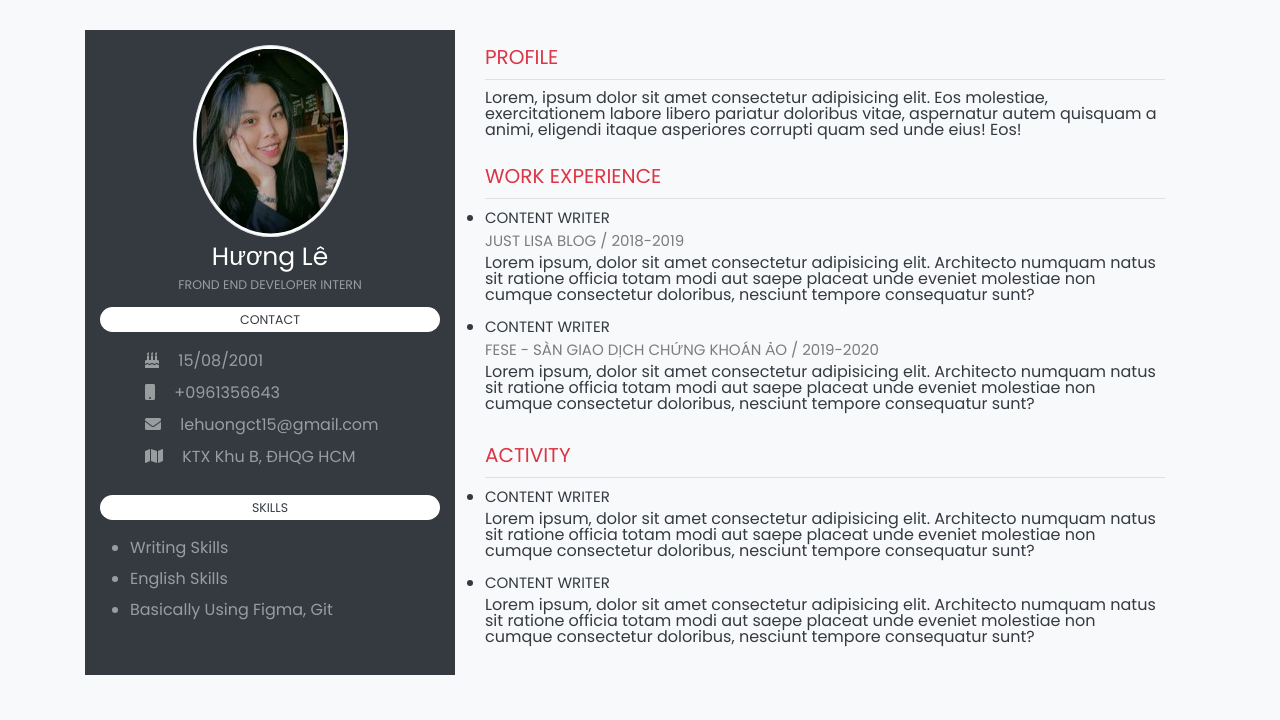
Repository: huongle158/cvhuongle
Page: index.html
An editor plug-in stored every save of this project. The page is shown before and after the next save, followed by the edit.
The browser window is 1280 px wide. The pictures show the whole page.
Some web libraries are served in a nearby version.

Above is the page before, as saved 2021-12-12 23:53:55.

### index.html
<!DOCTYPE html>
<html lang="en">
  <head>
    <title>Resume</title>
    <link
      href="https://fonts.googleapis.com/css2?family=Poppins:wght@400;600&display=swap"
      rel="stylesheet"
    />
    <link rel="stylesheet" href="https://cdnjs.cloudflare.com/ajax/libs/font-awesome/5.10.0/css/all.min.css" integrity="sha512-PgQMlq+nqFLV4ylk1gwUOgm6CtIIXkKwaIHp/PAIWHzig/lKZSEGKEysh0TCVbHJXCLN7WetD8TFecIky75ZfQ==" crossorigin="anonymous" referrerpolicy="no-referrer" />
    <!-- Required meta tags -->
    <meta charset="utf-8" />
    <meta
      name="viewport"
      content="width=device-width, initial-scale=1, shrink-to-fit=no"
    />

    <!-- Bootstrap CSS -->
    <link
      rel="stylesheet"
      href="https://stackpath.bootstrapcdn.com/bootstrap/4.3.1/css/bootstrap.min.css"
      integrity="sha384-ggOyR0iXCbMQv3Xipma34MD+dH/1fQ784/j6cY/iJTQUOhcWr7x9JvoRxT2MZw1T"
      crossorigin="anonymous"
    />
    <link rel="stylesheet" href="./assets/css/style.css" />
  </head>
  <body class="bg-light">
    <div class="container p-5">
      <div class="row">

        <div class="col-lg-4 bg-dark text-white text-center py-4">
          <div class="header-left">
            <img
              src="./assets/img/188108614_380364193279457_3096500343222530064_n (1).jpg"
              alt=""
              class="img-thumbnail rounded-circle mb-2"
            />
            <h1 class="display-5">Hương Lê</h1>
            <h4 class="lead text-uppercase text-white-50 mb-4">
              Frond End Developer Intern
            </h4>
          </div>

          <div>
              <h5 class="text-uppercase bg-white text-dark py-2 rounded-pill mb-4" >contact</h5>
              <ul class="list-unstyled text-white-50 ml-5 py-2 text-left">
                  <li class="list-item mb-4">
                      <i class="fas fa-birthday-cake mx-4"></i>
                     15/08/2001
                  </li>
                  <li class="list-item mb-4">
                      <i class="fa fa-mobile mx-4"></i>
                      +0961356643
                  </li>
                  <li class="list-item mb-4">
                      <i class="fa fa-envelope mx-4"></i>
                      lehuongct15@gmail.com
                  </li>
                  <li class="list-item mb-4">
                      <i class="fa fa-map mx-4"></i>
                      KTX Khu B, ĐHQG HCM
                  </li>
              </ul>
          </div>
          <div>
              <h5 class="text-uppercase bg-white text-dark py-2 rounded-pill mb-4" >skills</h5>
              <ul class="list text-white-50 ml-5 py-2 text-left text-capitalize">
                <li class="list-item mb-4">Writing skills</li>
                <li class="list-item mb-4">English skills</li>
                <li class="list-item mb-4">Basically using Figma, Git</li>
              </ul>
          </div>

        </div>

        <div class="col-lg-8 bg-light text-dark py-4 px-5">
            <div class="header-right">
                <h2 class="text-uppercase text-danger">profile</h2>
                <hr>
                <p>Lorem, ipsum dolor sit amet consectetur adipisicing elit. Eos molestiae, exercitationem labore libero pariatur doloribus vitae, aspernatur autem quisquam a animi, eligendi itaque asperiores corrupti quam sed unde eius! Eos!</p>

            </div>
            <br>
            <div>
                <h2 class="text-uppercase text-danger">Work Experience</h2>
                <hr>
                <ul class="list">
                <li class="list-item mb-4">
                    <h4 class="display-6 text-uppercase">Content Writer</h4>
                    <h4 class="text-uppercase text-black-50">Just Lisa blog  / 2018-2019</h4>
                    <p>Lorem ipsum, dolor sit amet consectetur adipisicing elit. Architecto numquam natus sit ratione officia totam modi aut saepe placeat unde eveniet molestiae non cumque consectetur doloribus, nesciunt tempore consequatur sunt?</p>
                </li>
                 <li class="list-item mb-4">
                    <h4 class="display-6 text-uppercase">Content Writer</h4>
                    <h4 class="text-uppercase text-black-50">FESE - Sàn Giao dịch Chứng khoán ảo  / 2019-2020</h4>
                    <p>Lorem ipsum, dolor sit amet consectetur adipisicing elit. Architecto numquam natus sit ratione officia totam modi aut saepe placeat unde eveniet molestiae non cumque consectetur doloribus, nesciunt tempore consequatur sunt?</p>
                </li>

              </ul>

            </div>
            <br>
             <div>
                <h2 class="text-uppercase text-danger">Activity</h2>
                <hr>
                <ul class="list">
                <li class="list-item mb-4">
                    <h4 class="display-6 text-uppercase">Content Writer</h4>
                    <p>Lorem ipsum, dolor sit amet consectetur adipisicing elit. Architecto numquam natus sit ratione officia totam modi aut saepe placeat unde eveniet molestiae non cumque consectetur doloribus, nesciunt tempore consequatur sunt?</p>
                </li>
                 <li class="list-item mb-4">
                    <h4 class="display-6 text-uppercase">Content Writer</h4>
                    <p>Lorem ipsum, dolor sit amet consectetur adipisicing elit. Architecto numquam natus sit ratione officia totam modi aut saepe placeat unde eveniet molestiae non cumque consectetur doloribus, nesciunt tempore consequatur sunt?</p>
                </li>

              </ul>

            </div>
        </div>
      </div>
    </div>

    <!-- Optional JavaScript -->
    <!-- jQuery first, then Popper.js, then Bootstrap JS -->
    <script
      src="https://code.jquery.com/jquery-3.3.1.slim.min.js"
      integrity="sha384-q8i/X+965DzO0rT7abK41JStQIAqVgRVzpbzo5smXKp4YfRvH+8abtTE1Pi6jizo"
      crossorigin="anonymous"
    ></script>
    <script
      src="https://cdnjs.cloudflare.com/ajax/libs/popper.js/1.14.7/umd/popper.min.js"
      integrity="sha384-UO2eT0CpHqdSJQ6hJty5KVphtPhzWj9WO1clHTMGa3JDZwrnQq4sF86dIHNDz0W1"
      crossorigin="anonymous"
    ></script>
    <script
      src="https://stackpath.bootstrapcdn.com/bootstrap/4.3.1/js/bootstrap.min.js"
      integrity="sha384-JjSmVgyd0p3pXB1rRibZUAYoIIy6OrQ6VrjIEaFf/nJGzIxFDsf4x0xIM+B07jRM"
      crossorigin="anonymous"
    ></script>
  </body>
</html>

### assets/css/style.css
html {
  box-sizing: border-box;
  font-family: 'Roboto', sans-serif;
}
* {
  margin: 0;
  padding: 0;
}
*,
*:before,
*:after {
  box-sizing: border-box;
}
input,
textarea,
select,
button {
  outline: none;
}
input {
  line-height: normal;
}
label,
button {
  cursor: pointer;
}
a {
  text-decoration: none;
}
img {
  display: block;
  max-width: 100%;
}
*,
*:before,
*:after {
  box-sizing: border-box;
}
/* using rem unit */
html {
  font-size: 62.5%;
}
a {
  text-decoration: none;
}
img {
  display: block;
  max-width: 100%;
}
body {
  font-family: "Poppins", sans-serif;
  font-size: 16px;
  line-height: 1;
}
/*  */
img.rounded-circle{
margin: 0 auto;
}

After the next save:
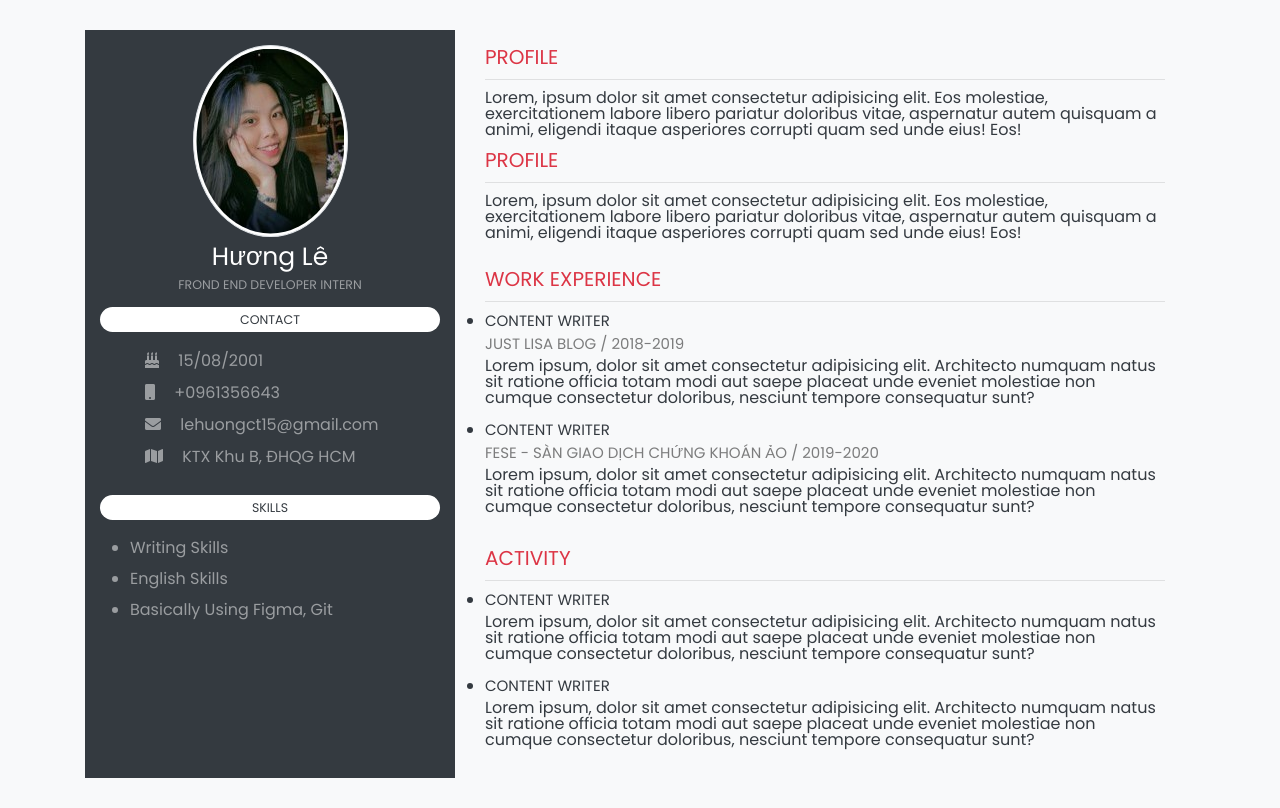
Saved 45 s later.
--- a/index.html
+++ b/index.html
@@ -73,6 +73,12 @@
         </div>
 
         <div class="col-lg-8 bg-light text-dark py-4 px-5">
+             <div class="header-right">
+                <h2 class="text-uppercase text-danger">profile</h2>
+                <hr>
+                <p>Lorem, ipsum dolor sit amet consectetur adipisicing elit. Eos molestiae, exercitationem labore libero pariatur doloribus vitae, aspernatur autem quisquam a animi, eligendi itaque asperiores corrupti quam sed unde eius! Eos!</p>
+
+            </div>
             <div class="header-right">
                 <h2 class="text-uppercase text-danger">profile</h2>
                 <hr>
